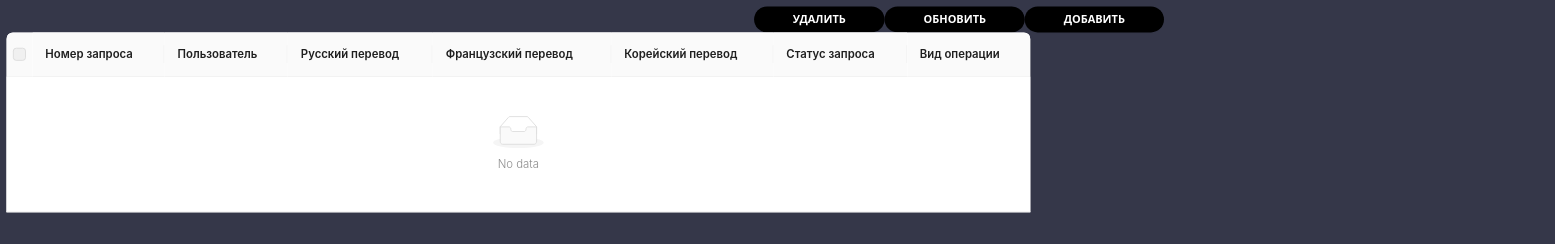
Repository: DoctorLivchic/is_audio_idioms_front
Page: /Activity_moderator_and_expert/Activity_moderator
An editor plug-in stored every save of this project. The page is shown before and after the next save, followed by the edit.
The browser window is 1280 px wide. The page is 2195 px wide, then 1904 px, so the pictures cover 1920 px, including what lies to the right of the window. The pictures show the whole page, at 81% of full size.
The page's requests for data from a server got no answer. The project was rebuilt for these pictures with package versions that can differ from the ones it lists, and the page was loaded fresh each time. No one was signed in, and anything a server would have sent is missing. Also part of the build but not shown: src/CONST.js, src/main/Main.js, src/main_page/Main_page_aut.js, src/main_page/Main_page.js, src/main/Main_aut.js, src/Authorization.js, src/Authorization_Other.js, src/Users_personal_account.js and 4 more.

Above is the page before, as saved 2023-04-10 19:30:54.

### src/index.js
import React from 'react';
import ReactDOM from 'react-dom/client';
import App from './App';
import './Main.css'


//ReactDOM.render(<App/>,document.getElementById('root'));

const root = ReactDOM.createRoot(document.getElementById('root'));
root.render(
  <React.StrictMode>
    <App/>
  </React.StrictMode>
);

### src/App.js
import React, { Component } from 'react';
import Main from './main/Main';
import Main_page_aut from './main_page/Main_page_aut';
import Main_page from './main_page/Main_page';
import Main_aut from './main/Main_aut'
import Authorization from './Authorization';
import Authorization_Other from './Authorization_Other';
import Users_personal_account from './Users_personal_account';
import Expert_personal_account from './Expert_personal_account';
import Moderator_personal_account from './Moderator_personal_account';
import Addendum from './user_action/Addendum';
import Editing from './user_action/Editing';
import Activity_moderator from './Activity_moderator_and_expert/Activity_moderator';
import { Route, Routes, BrowserRouter } from 'react-router-dom';
import { useState, useEffect } from 'react'
import { supabase } from './supabaseClient'


export default function App() {

  const [session, setSession] = useState(null)

  useEffect(() => {
    supabase.auth.getSession().then(({ data: { session } }) => {
      setSession(session)
    })

    supabase.auth.onAuthStateChange((_event, session) => {
      setSession(session)
    })
  }, [])
  return(
    <div className='App'>
      <div className="ty">
     <BrowserRouter>
         <Routes>
             <Route  path='/main/Main' element={<Main />}/>
             <Route  path='/avtorizacia/Authorization' element={<Authorization />}/>
             <Route  path='/' element={<Main_page />}/>
             <Route  path='/Users_personal_account' element={<Users_personal_account />}/>
             <Route  path='/Expert_personal_account' element={<Expert_personal_account />}/>
             <Route  path='/Moderator_personal_account' element={<Moderator_personal_account />}/>
             <Route  path='/main_page/Main_page_aut' element={<Main_page_aut />}/>
             <Route  path='/main/Main_aut' element={<Main_aut />}/>
             <Route  path='/Authorization_Other' element={<Authorization_Other />}/>
             <Route  path='/user_action/Addendum' element={<Addendum />}/>
             <Route  path='/user_action/Editing' element={< Editing  />}/>
             <Route  path='/Activity_moderator_and_expert/Activity_moderator' element={< Activity_moderator  />}/>
           </Routes>
         </BrowserRouter>
     </div>
    </div>

   );
 }



  // return (
  //   <div className="container" style={{ padding: '50px 0 100px 0' }}>
  //     {!session ? <Auth /> : <Account key={session.user.id} session={session} />}
  //   </div>
  // )

### src/Main.css
/*===========================
  Меню перевода
============================*/
.headerleft{
  display: table-cell;
  vertical-align: middle;
  background-color: #eeeeee;
  position: relative;
  left: 24%;
  border-radius: 20px;
  width: 44%;
}
.headercenter{
  display: table-cell;
  vertical-align:middle;
  position: relative;
  left: 63%;
}
.headerRight{
  display: table-cell;
  vertical-align: middle;
  background-color: #eeeeee;
  position: relative;
  left: 100%;
  border-radius: 20px;
  width: 44%;
}

.languagelabel {
  background: #ffffff;
  position: relative;
  box-shadow: 0px 10px 20px rgba(0, 0, 0, 0.3);
  border-radius: 15px;
  margin: 20%;
  display: table;
  left: 10%;
  width: 50%;
}

.buttom-block-left {
  display: table;
  margin-left: 25%;
  margin-right: 7vw;
  margin-top: 35%;
}
.buttom-block-right {
  display: table;
  margin-left: 25%;
  margin-right: 7vw;
  margin-top: 35%;
}
.search-block-left{
  margin-right: 2vw;
  width: 0em;
  margin-top: 50px;
}
.search-block-right {
  display: block;
  margin-left: 13vw;
  margin-right: 5vw;
  width: 10em;
  margin-top: 82px;
}
.buttom-audio{
  position: relative;
  left: 68%;

}

body {
  font-family: "Poppins", sans-serif;
  font-weight: 300;
  font-size: 15px;
  line-height: 1.7;
  color: #c4c3ca;
  background-color: #282a3def;
  overflow-x: hidden;
}
a {
  cursor: pointer;
  transition: all 200ms linear;
  position: relative;
  left: -0%;
}
a:hover {
  text-decoration: none;
}
.link {
  color: #c4c3ca;
}
.link:hover {
  color: #ffeba7;
}
p {
  font-weight: 500;
  font-size: 14px;
  line-height: 1.7;
}
h4 {
  font-weight: 600;
  position: relative;
  left: -8%;
}
h6 span {
  padding: 0 30px;
  text-transform: uppercase;
  font-weight: 750;
  color: #929292ea;
  position: relative;
  left: 2.9%;
}
h2{
  position: relative;
  left: 0.5%;
  top: -60px;
  color: #cececeea;
  font-size: 200%;
}
.section {
  position: relative;

  width: 100%;
  display: block;
}
.full-height {
  min-height: 100vh;
}
[type="checkbox"]:checked,
[type="checkbox"]:not(:checked) {
  position: absolute;
  left: -9999px;
}
.Text_area{
  position: relative;
  left: -24%;
  height: 150px;
  width: 130%;




}
/*===========================
	Авторизация
============================*/
.checkbox:checked + label,
.checkbox:not(:checked) + label {
  position: relative;
  left: 2.5%;
  display: block;
  text-align: center;
  width: 60px;
  height: 16px;
  border-radius: 8px;
  padding: 0;
  margin: 10px auto;
  cursor: pointer;
  background-color: #ffeba7;
}
.checkbox:checked + label:before,
.checkbox:not(:checked) + label:before {
  position: absolute;
  display: block;
  width: 36px;
  height: 36px;
  border-radius: 50%;
  color: #ffeba7;
  background-color: #102770;
  font-family: "unicons";
  content: "\eb4f";
  z-index: 20;
  top: -10px;
  left: -10px;
  line-height: 36px;
  text-align: center;
  font-size: 24px;
  transition: all 0.5s ease;
}
.checkbox:checked + label:before {
  transform: translateX(44px) rotate(-270deg);
}

/*----------------------------------------------*/
.card-3d-wrap {
  position: relative;
  width: 440px;
  max-width: 100%;
  height: 400px;
  -webkit-transform-style: preserve-3d;
  transform-style: preserve-3d;
  perspective: 800px;
  margin-top: 60px;
}
.card-3d-wrapper {
  width: 120%;
  height: 120%;
  position: absolute;
  top: 0;
  left: 0;
  -webkit-transform-style: preserve-3d;
  transform-style: preserve-3d;
  transition: all 600ms ease-out;
}
.card-front,
.card-back {
  width: 100%;
  height: 100%;
  background-color: #2a2b38;
  /*background-image: url("https://s3-us-west-2.amazonaws.com/s.cdpn.io/1462889/pat.svg");*/
  background-position: bottom center;
  background-repeat: no-repeat;
  background-size: 300%;
  position: absolute;
  border-radius: 6px;
  left: -5;
  top: 60;
  -webkit-transform-style: preserve-3d;
  transform-style: preserve-3d;
  -webkit-backface-visibility: hidden;
  -moz-backface-visibility: hidden;
  -o-backface-visibility: hidden;
  backface-visibility: hidden;
}
.card-back {
  transform: rotateY(180deg);
}


/*Стили для регистрации\авторизации модераторов\экспертов */

.card-front_Other,
.card-back_Other {
  width: 100%;
  height: 210%;
  background-color: #2a2b38;
  /*background-image: url("https://s3-us-west-2.amazonaws.com/s.cdpn.io/1462889/pat.svg");*/
  background-position: bottom center;
  background-repeat: no-repeat;
  background-size: 300%;
  position: absolute;
  border-radius: 6px;
  left: -5;
  top: 60;
  -webkit-transform-style: preserve-3d;
  transform-style: preserve-3d;
  -webkit-backface-visibility: hidden;
  -moz-backface-visibility: hidden;
  -o-backface-visibility: hidden;
  backface-visibility: hidden;
}
.card-back_Other {
  transform: rotateY(180deg);
}



.card-front_Add{
  width: 100%;
  height: 100%;
  background-color: #2a2b38;
  /*background-image: url("https://s3-us-west-2.amazonaws.com/s.cdpn.io/1462889/pat.svg");*/
  background-position: bottom center;
  background-repeat: no-repeat;
  background-size: 300%;
  position: absolute;
  border-radius: 6px;
  left: -5;
  top: 60;
  -webkit-transform-style: preserve-3d;
  transform-style: preserve-3d;
  -webkit-backface-visibility: hidden;
  -moz-backface-visibility: hidden;
  -o-backface-visibility: hidden;
  backface-visibility: hidden;
}




.checkbox:checked ~ .card-3d-wrap .card-3d-wrapper {
  transform: rotateY(180deg);
}
.center-wrap {
  position: absolute;
  width: 100%;
  padding: 0 35px;
  top: 50%;
  left: 0;
  transform: translate3d(0, -50%, 35px) perspective(100px);
  z-index: 20;
  display: block;
}
.form-group {
  position: relative;
  left: -15%;
  display: block;
  margin: 0;
  padding: 0;
  width: 70%;
  height: 90%;
}
.form-style {
  padding: 13px 20px;
  padding-left: 55px;
  height: 48px;
  width: 100%;
  font-weight: 500;
  border-radius: 4px;
  font-size: 14px;
  line-height: 22px;
  letter-spacing: 0.5px;
  outline: none;
  color: #c4c3ca;
  background-color: #1f2029;
  border: none;
  -webkit-transition: all 200ms linear;
  transition: all 200ms linear;
  box-shadow: 0 4px 8px 0 rgba(255, 253, 253, 0.496);
}
.form-style1{
  padding: 13px 20px;
  padding-left: 55px;
  height: 48px;
  width: 100%;
  font-weight: 500;
  border-radius: 4px;
  font-size: 14px;
  line-height: 22px;
  letter-spacing: 0.5px;
  outline: none;
  color: #c4c3ca;
  background-color: #1f2029;
  border: none;
  -webkit-transition: all 200ms linear;
  transition: all 200ms linear;
  box-shadow: 0 4px 8px 0 rgba(246, 52, 52, 0.496);
}
.form-style:focus,
.form-style:active {
  border: none;
  outline: none;
  box-shadow: 0 4px 8px 0 rgba(255, 253, 253, 0.496);
}
.input-icon {
  position: absolute;
  top: 0;
  left: 18px;
  height: 48px;
  font-size: 24px;
  line-height: 48px;
  text-align: left;
  color: #ffeba7;
  -webkit-transition: all 200ms linear;
  transition: all 200ms linear;
}

.form-group input:-ms-input-placeholder {
  color: #c4c3ca;
  opacity: 0.7;
  -webkit-transition: all 200ms linear;
  transition: all 200ms linear;
}
.form-group input::-moz-placeholder {
  color: #c4c3ca;
  opacity: 0.7;
  -webkit-transition: all 200ms linear;
  transition: all 200ms linear;
}
.form-group input:-moz-placeholder {
  color: #c4c3ca;
  opacity: 0.7;
  -webkit-transition: all 200ms linear;
  transition: all 200ms linear;
}
.form-group input::-webkit-input-placeholder {
  color: #c4c3ca;
  opacity: 0.7;
  -webkit-transition: all 200ms linear;
  transition: all 200ms linear;
}
.form-group input:focus:-ms-input-placeholder {
  opacity: 0;
  -webkit-transition: all 200ms linear;
  transition: all 200ms linear;
}
.form-group input:focus::-moz-placeholder {
  opacity: 0;
  -webkit-transition: all 200ms linear;
  transition: all 200ms linear;
}
.form-group input:focus:-moz-placeholder {
  opacity: 0;
  -webkit-transition: all 200ms linear;
  transition: all 200ms linear;
}
.form-group input:focus::-webkit-input-placeholder {
  opacity: 0;
  -webkit-transition: all 200ms linear;
  transition: all 200ms linear;
}

/*------------------Стиль кнопоки заменить на вкладке перевода------------------------*/

/*------------------Стиль кнопок------------------------*/

.btn-7,
.btn-7 *,
.btn-7 :after,
.btn-7 :before,
.btn-7:after,
.btn-7:before {
  border: 0 solid;
  box-sizing: border-box;
}
.btn-7 {
  -webkit-align-items: center;
  -moz-align-items: center;
  -ms-align-items: center;
  align-items: center;
  -webkit-justify-content: center;
  -moz-justify-content: center;
  -ms-justify-content: center;
  justify-content: center;
  -ms-flex-pack: center;
  text-align: center;
  border: none;
  -webkit-tap-highlight-color: transparent;
  background-color: #000;
  background-image: none;
  color: #fff;
  cursor: pointer;
  font-family: ui-sans-serif, system-ui, -apple-system, BlinkMacSystemFont,
    Segoe UI, Roboto, Helvetica Neue, Arial, Noto Sans, sans-serif,
    Apple Color Emoji, Segoe UI Emoji, Segoe UI Symbol, Noto Color Emoji;
  font-size: 90%;
  font-weight: 900;
  line-height: 0.5;
  margin: 0;
  padding: 0;
  text-transform: uppercase;
}
.btn-7:disabled {
  cursor: default;
}
.btn-7:-moz-focusring {
  outline: auto;
}

.btn-7 [hidden] {
  display: none;
}
.btn-7 {
  border-radius: 99rem;
  border-width: 2px;
  overflow: hidden;
  padding: 0.8rem 3rem;
  position: relative;
}
.btn-7 span {
  mix-blend-mode: difference;
}
.btn-7:before {
  background: #fff;
  -webkit-clip-path: polygon(
    0 calc(var(--progress, 100%) / 2),
    100% calc(var(--progress, 100%) / 2),
    100% calc(100% - var(--progress, 100%) / 2),
    0 calc(100% - var(--progress, 100%) / 2)
  );
  clip-path: polygon(
    0 calc(var(--progress, 100%) / 2),
    100% calc(var(--progress, 100%) / 2),
    100% calc(100% - var(--progress, 100%) / 2),
    0 calc(100% - var(--progress, 100%) / 2)
  );
  content: "";
  inset: 0;
  position: absolute;
  transition: -webkit-clip-path 0.2s ease;
  transition: clip-path 0.2s ease;
  transition: clip-path 0.2s ease, -webkit-clip-path 0.2s ease;
}
.btn-7:hover:before {
  --progress: 0%;
}
/*------------------Стиль кнопок------------------------*/
.btn {
  border-radius: 10px;
  height: 44px;
  font-size: 13px;
  font-weight: 600;
  text-transform: uppercase;
  -webkit-transition: all 200ms linear;
  transition: all 200ms linear;
  padding: 0 30px;
  letter-spacing: 1px;
  display: -webkit-inline-flex;
  display: -ms-inline-flexbox;
  display: inline-flex;
  -webkit-align-items: center;
  -moz-align-items: center;
  -ms-align-items: center;
  align-items: center;
  -webkit-justify-content: center;
  -moz-justify-content: center;
  -ms-justify-content: center;
  justify-content: center;
  -ms-flex-pack: center;
  text-align: center;
  border: none;
  background-color: #ffeba7;
  color: #102770;
  box-shadow: 0 8px 24px 0 rgba(218, 216, 78, 0.2);
}

.btn:active,
.btn:focus {
  background-color: #102770;
  color: #ffeba7;
  box-shadow: 0 8px 24px 0 rgba(16, 39, 112, 0.2);
}
.btn:hover {
  background-color: #102770;
  color: #ffeba7;
  box-shadow: 0 8px 24px 0 rgba(16, 39, 112, 0.2);
}


.logo {
  position: absolute;
  top: 30px;
  right: 30px;
  display: block;
  z-index: 100;
  transition: all 250ms linear;
  background-image: url("./img/Logo.png");
}
/*===========================
	Авторизация конец
============================*/

/*Main_page*/

.header {
  background: linear-gradient(-154deg, #42bc7f, #3d8963);
}
.header .navbar-collapse {
  padding: 0;
}
.header .header-inner {
  background: linear-gradient(-154deg, #42bc7f, #3d8963);
  -webkit-box-shadow: 0px 0px 5px #000;
  -moz-box-shadow: 0px 0px 5px #000;
  box-shadow: 0px 0px 5px #000;
  z-index: 9000;
}
.header .navbar-nav {
  float: right;
  margin: 0;
}
.header .logo {
  float: left;
  padding-top: 17px;
}
.header .navbar {
  background: none;
  box-shadow: none;
  border: none;
  margin: 0;
  min-height: 0px;
}
.header .nav li {
  float: left;
  position: relative;
}
.header .nav li:last-child {
  margin: 0;
}
.header .nav li a {
  color: #ffffff;
  font-size: 14px;
  font-weight: 500;
  text-transform: uppercase;
  padding: 25px 15px;
  position: relative;
  display: inline-block;
  box-shadow: none;
  text-shadow: none;
}
.header .nav li:hover a,
.header .nav li.current a {
  color: #fff;
}
.header .nav li:hover a {
  color: #fff;
}
.header .nav li .dropdown {
  background: #333;
  width: 220px;
  position: absolute;
  left: 40px;
  z-index: 99;
  opacity: 0;
  visibility: hidden;
  -webkit-transition: all 0.4s ease;
  -moz-transition: all 0.4s ease;
  transition: all 0.4s ease;
}
.header .nav li:hover .dropdown {
  opacity: 1;
  visibility: visible;
  left: 0px;
}
.header .nav li .dropdown li {
  float: none;
  margin: 0;
}
.header .nav li .dropdown li a {
  padding: 10px 15px;
  color: #fff;
  display: block;
}
.header .nav li .dropdown li i {
  float: right;
}
.header .nav li .dropdown li:hover a {
  color: #42bc7f;
}
.header .nav li .dropdown li a:before {
  display: none;
}
.header .nav li .dropdown .sub-dropdown {
  position: absolute;
  top: 10%;
  left: 150%;
  width: 220px;
  background: #333;
  opacity: 0;
  visibility: hidden;
  transition: all 0.4s ease;
}
.header .nav li .dropdown li:hover .sub-dropdown {
  opacity: 1;
  left: 110%;
  visibility: visible;
}
.header .nav li .dropdown .sub-dropdown li:hover a {
  color: #42bc7f;
}
.header .nav li .dropdown .sub-dropdown li a {
  color: #fff;
}

a,
button {
  -webkit-transition: all 0.3s ease;
  -moz-transition: all 0.3s ease;
  transition: all 0.3s ease;
  outline: none;
  box-shadow: none;
  text-decoration: none;
}

.slider {
  position: relative;
  top: 140%;
  height: 180%;
  background-size: cover;
  background-position: center;
}
.slidermain{
  position: relative;
  top: 140%;
  height: 180%;
  background-size: cover;
  background-position: center;
}
.slidermain:before {
  position: absolute;
  left: 0%;
  top: -3%;
  content: "";
  height: 300%;
  width: 100%;
  background: rgba(23, 25, 36, 0.711);
  opacity: 0.4;
}
.slider_account:before {
  position: absolute;
  left: 0%;
  top: 40%;
  content: "";
  height: 280%;
  width: 100%;
  background: rgba(23, 25, 36, 0.711);
  opacity: 0.4;
}
.slider:before {
  position: absolute;
  left: 0%;
  top: -60%;
  content: "";
  height: 650%;
  width: 100%;
  background: rgba(23, 25, 36, 0.711);
  opacity: 0.4;
}
.slider {
  height: 140%;
  background-size: cover;
  background-position: center;
}
.slider .text {
  margin-top: 227px;
}
.slider h1 {
  color: #fff;
  font-size: 60px;
  font-weight: 600;
  margin: 0 0 30px;
}
.slider p {
  color: #fff;
}
.slider .button {
  margin-top: 30px;
}
.slider .button .btn {
  margin-right: 10px;
  background: #fff;
  color: #333;
  border-radius: 0px;
}
.slider .button .btn:last-child {
  margin-right: 0px;
}
.slider .button .btn i {
  margin-right: 7px;
}
.slider .button .btn:hover {
  color: #fff;
  background: #102770;
}
.slider .button .primary {
  background: #102770;
  color: #fff;
}
.slider .button .primary:hover {
  color: rgb(34, 34, 34);
  background: #fff;
}
/*Main_page_menu*/
.navig {
  margin: 0;
  padding: 0;
  border: 0;
  font-size: 100%;
  font: inherit;
  vertical-align: baseline;
}

header {
  padding-top: 2%;
  -webkit-box-shadow: 0 0 1px rgba(0, 0, 0, 0.04);
  box-shadow: 0 0 1px rgba(0, 0, 0, 0.04);
}
/*Панели навигации кнопок*/
.navig {
  position: relative;
  left: 67%;
  top: 60px;
  width: -90%;
}
.navig_main {
  position: relative;
  left: 90%;
  width: -90%;
}
.navig_main_page_aut{
  position: relative;
  left: 5%;
  width: -90%;
}
.navig_us_acc{
  position: relative;
  left:12%;
  width: -100%;
}
.navig_ex_acc{
  position: relative;
  left: 77%;
  width: -100%;
}
.navig_mod_acc{
  position: relative;
  left: 77%;
  width: -100%;
}
.navig a {
  display: block;
  text-decoration: none;
}
.navig > li {
  float: left;
  margin-right: 3px;
}

/*===========================
	Footer CSS
============================*/
.footer {
  position: absolute;
  top: 280%;
  padding: 0;
}
.footer .footer-top {
  text-align: center;
  padding: 90px 0;
  background: #232328;
}
.footer .logo {
  margin-bottom: 10%;
}
.footer .social li {
  display: inline-block;
  margin-right: 10px;
}
.footer .social li:last-child {
  margin: 0;
}
.footer .social li a {
  width: 42px;
  height: 42px;
  border-radius: 0px;
  background: #232328;
  border: 1px solid #42bc7f;
  line-height: 42px;
  text-align: center;
  display: block;
  color: #42bc7f;
}
.footer .social li a:hover {
  box-shadow: 0px 0px 5px #42bc7f inset;
  color: #fff;
}
.footer .social li span {
  font-size: 18px;
}
.footer .copyright {
  background: #1d1d21;
  text-align: center;
  padding: 25px 0;
}
.footer .copyright p {
  color: #666666;
}
/*===========================
	End Footer CSS
============================*/

/*===========================
	Footer CSS Main
============================*/
.footer_main {
  position: absolute;
  top: 183%;
  padding: 0;
}
.footer_main .footer-top {
  text-align: center;
  padding: 90px 0;
  background: #232328;
}
.footer_main .logo {
  margin-bottom: 10%;
}
.footer_main .social li {
  display: inline-block;
  margin-right: 10px;
}
.footer_main .social li:last-child {
  margin: 0;
}
.footer_main .social li a {
  width: 42px;
  height: 42px;
  border-radius: 0px;
  background: #232328;
  border: 1px solid #42bc7f;
  line-height: 42px;
  text-align: center;
  display: block;
  color: #42bc7f;
}
.footer_main .social li a:hover {
  box-shadow: 0px 0px 5px #42bc7f inset;
  color: #fff;
}
.footer_main .social li span {
  font-size: 18px;
}
.footer_main .copyright {
  background: #1d1d21;
  text-align: center;
  padding: 25px 0;
}
.footer_main .copyright p {
  color: #666666;
}
/*===========================
	End Footer CSS Main
============================*/

ul, ol {
  list-style: none;
  margin: 0;
  padding: 0;
}

.searchModule {
  width: 500px;
  color: #252a32;
  overflow: hidden;
}

.searchModule input {
  padding: 15px;
  border-radius: 3px;
  outline: none;
  border: none;
  width: 100%;
  font-size: 1.3rem;
  border: 1px solid transparent;
  background-color: #ffffff;
}

.searchModule input:focus {
  border: 1px solid rgb(47, 110, 245);
}

.searchModule ul {
  padding: 0;
  overflow: hidden;
  overflow-y: auto;
  width: 100%;
  margin-top: 1px;
  border-radius: 3px;
  max-height: 310px;
  background-color: #ffffff;
}

.searchModule ul li {
  padding: 15px;
  background: white;
  border-bottom: 1px solid #c7c0c0;
  margin-top: 0.5px;
}

.searchModule li:hover {
  color: rgb(241, 249, 249);
  border-color: rgb(47, 110, 245);
  background-color: rgb(47, 110, 245);
}

### src/Activity_moderator_and_expert/Activity_moderator.js
import React from 'react';
import { useEffect, useState } from "react";
import { Layout, Space } from 'antd';
import {useNavigate} from "react-router-dom";
import {Button, Form, Input, Checkbox, Select, Table } from 'antd';
import { supabase } from '../supabaseClient.js';


const columns = [
  {
      title:'Номер запроса',
      dataIndex:'request_id',
      key:'request_id'
  },
  {
      title:'Пользователь',
      dataIndex:'user_id',
      key:'user_id'
  },
  {
      title:'Русский перевод',
      dataIndex:'rus_request',
      key:'rus_request'
  },
  {
      title:'Французский перевод',
      dataIndex:'fre_request',
      key:'fre_request'
  },
  {
    title:'Корейский перевод',
    dataIndex:'kor_request',
    key:'kor_request'
},
{
  title:'Статус запроса',
  dataIndex:'request_status',
  key:'request_status'
},
{
  title:'Вид операции',
  dataIndex:'request_type',
  key:'request_type'
}
]

const GridDataOption = {
  rowCount:10,
  page:1,
  orderBy:'request_id',
  from:'request'
}

function update(){
window.location.reload();
}
function delete_row(){

}


export default function Activity_moderator() {
  const [request, setrequest] = useState([]);
  const [selectedRowKeys, setSelectedRowKeys] = useState([]);

  const onSelectChange = (newSelectedRowKeys) => {
    console.log('selectedRowKeys changed: ', newSelectedRowKeys);
    setSelectedRowKeys(newSelectedRowKeys);
};

const rowSelection = {
    selectedRowKeys,
    onChange:onSelectChange
};

  useEffect(() => {
    getrequest();

  }, []);

  async function getrequest() {
    const request = await supabase.from("request").select();
    const data = (await request).data;
    console.log(data)
    setrequest(data)

  }

  async function fe(){
    const req = getrequest()
    for(let i = 0; i < req.length; i++){
    const data = await supabase
    .from('request')
    .select('reqest_id, status_id')
    .eq('reqest_id', `${req[i]}`)

    console.log('reqest_id '+ data)
}
  }

  return (
    <div className='Activ_moder'>
    <div style={{position: 'relative', left:'73%' }}>
    <Button onClick={delete_row} className='btn-7'>Удалить</Button>
    <Button onClick={update} className='btn-7'>Обновить</Button>
    <Button onClick={fe} className='btn-7'>Добавить</Button>

    </div>


    <Table
    dataSource={request}
    columns={columns}
    rowSelection={rowSelection}
    rowKey={(record) => record.request_id}
    onRow={(record) => ({
      onClick: () => {

      },
  })}
    />
  </div>
  );
}

### src/supabaseClient.js
import { createClient } from '@supabase/supabase-js'

const supabaseUrl = 'https://inyxfjfjxzdevxwzukie.supabase.co'
const supabaseAnonKey = 'eyJhbGciOiJIUzI1NiIsInR5cCI6IkpXVCJ9.eyJpc3MiOiJzdXBhYmFzZSIsInJlZiI6ImlueXhmamZqeHpkZXZ4d3p1a2llIiwicm9sZSI6ImFub24iLCJpYXQiOjE2NzIyNDUzMTYsImV4cCI6MTk4NzgyMTMxNn0.eg_vLYQmFvtaNK1n55R675sP9gcmyhCQt_KdTh0wKmQ'

export const supabase = createClient(supabaseUrl, supabaseAnonKey)

Loaded but not shown: public/index.html (common file)

After the next save:
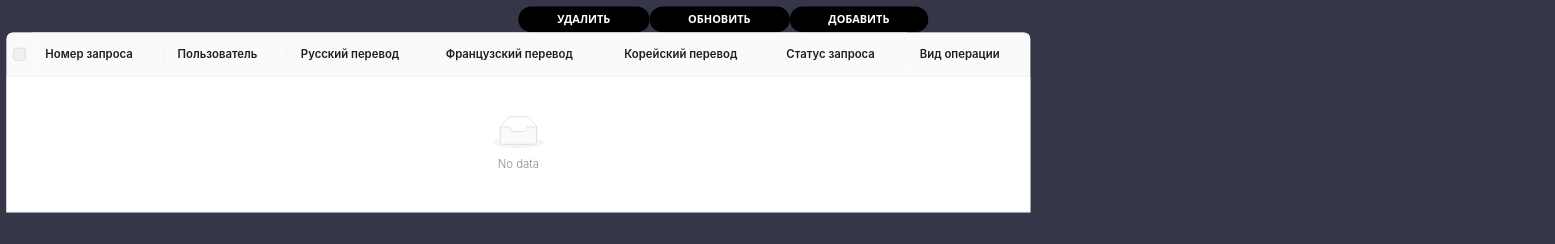
Saved 74 s later.
--- a/src/Activity_moderator_and_expert/Activity_moderator.js
+++ b/src/Activity_moderator_and_expert/Activity_moderator.js
@@ -100,7 +100,7 @@ const rowSelection = {
 
   return (
     <div className='Activ_moder'>
-    <div style={{position: 'relative', left:'73%' }}>
+    <div style={{position: 'relative', left:'50%' }}>
     <Button onClick={delete_row} className='btn-7'>Удалить</Button>
     <Button onClick={update} className='btn-7'>Обновить</Button>
     <Button onClick={fe} className='btn-7'>Добавить</Button>
